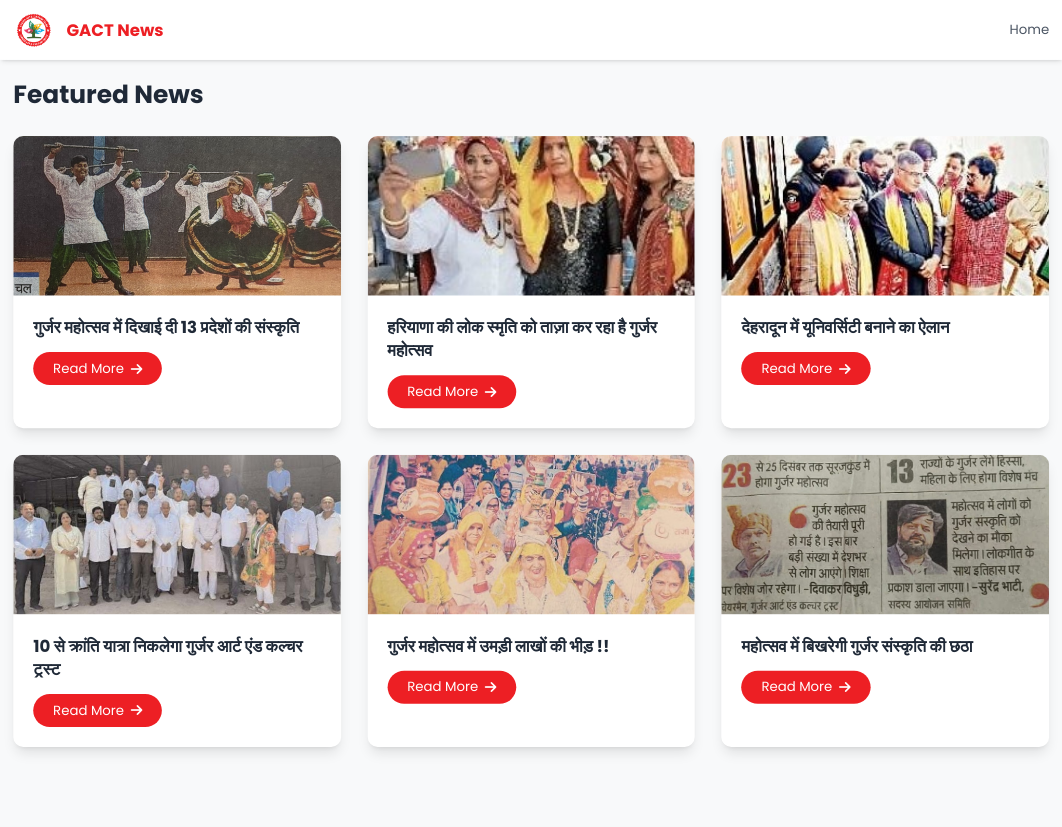
Repository: thegurjararyan/website-master
Page: Allnews.html
These files come from the project's save history. The page is drawn as it stood at one moment and after the next save; the edit follows.
The browser window is 1280 px wide. The pictures show the whole page, at 83% of full size.
Some web libraries are served in a nearby version.

Above is the page before, as saved 2024-11-12 17:16:24.

### Allnews.html
<!DOCTYPE html>
<html lang="en">
<head>
    <meta charset="UTF-8">
    <meta name="viewport" content="width=device-width, initial-scale=1.0">
    <title>Latest News - GACT</title>
    <script src="https://cdn.tailwindcss.com"></script>
    <link rel="icon" type="image/png" href="../assets/logo.png">
    <link rel="stylesheet" href="https://cdnjs.cloudflare.com/ajax/libs/font-awesome/6.0.0/css/all.min.css">

    <style>
        @import url('https://fonts.googleapis.com/css2?family=Poppins:wght@300;400;500;600;700&display=swap');

        body {
            font-family: 'Poppins', sans-serif;
            background-color: #f8f9fa;
        }

        .news-card {
            transition: transform 0.3s ease, box-shadow 0.3s ease;
        }

        .news-card:hover {
            transform: translateY(-5px);
            box-shadow: 0 10px 20px rgba(0,0,0,0.1);
        }

        .navbar {
            background: rgba(255, 255, 255, 0.95);
            backdrop-filter: blur(10px);
        }

        .nav-link {
            position: relative;
        }

        .nav-link::after {
            content: '';
            position: absolute;
            width: 0;
            height: 2px;
            bottom: -2px;
            left: 0;
            background-color: #FF6B6B;
            transition: width 0.3s ease;
        }

        .nav-link:hover::after {
            width: 100%;
        }

        .read-more-btn {
            background-color: #ed1f24;
            transition: all 0.3s ease;
        }

        .read-more-btn:hover {
            transform: translateX(5px);
            box-shadow: 0 5px 15px rgba(255, 107, 107, 0.4);
        }
    </style>
</head>

<body>
    <!-- Navbar -->
    <nav class="navbar fixed w-full top-0 z-50 shadow-md">
        <div class="container mx-auto px-4 py-3">
            <div class="flex justify-between items-center">
                <div class="flex items-center space-x-4">
                    <img src="../assets/logo.png" alt="GACT Logo" class="h-12">
                    <span class="text-xl font-bold text-[#ed1f24]">GACT News</span>
                </div>
                <a href="../index.html" class="nav-link text-gray-600 hover:text-gray-900">Home</a>
            </div>
        </div>
    </nav>

    <!-- Main Content -->
    <main class="container mx-auto px-4 pt-24 pb-12">
        <div class="mb-12">
            <h2 class="text-3xl font-bold text-gray-800 mb-8">Featured News</h2>
            <div class="grid grid-cols-1 md:grid-cols-2 lg:grid-cols-3 gap-8">
                <!-- News Card 1 -->
                <div class="news-card bg-white rounded-xl overflow-hidden shadow-lg">
                    <img src="../assets/news/13statethumb.jpg" alt="News Image" class="w-full h-48 object-cover">
                    <div class="p-6">
                        <h3 class="text-xl font-bold text-gray-800 mb-4">गुर्जर महोत्सव में दिखाई दी 13 प्रदेशों की संस्कृति</h3>
                        <button class="read-more-btn text-white px-6 py-2 rounded-full flex items-center" onclick="window.location.href='news/A1.html'">
                            Read More
                            <i class="fas fa-arrow-right ml-2"></i>
                        </button>
                    </div>
                </div>

                <!-- News Card 2 -->
                <div class="news-card bg-white rounded-xl overflow-hidden shadow-lg">
                    <img src="../assets/news/tms.JPG" alt="News Image" class="w-full h-48 object-cover">
                    <div class="p-6">
                        <h3 class="text-xl font-bold text-gray-800 mb-4">हरियाणा की लोक स्मृति को ताज़ा कर रहा है गुर्जर महोत्सव</h3>
                        <button class="read-more-btn text-white px-6 py-2 rounded-full flex items-center" onclick="window.location.href='news/A2.html'">
                            Read More
                            <i class="fas fa-arrow-right ml-2"></i>
                        </button>
                    </div>
                </div>

                <!-- News Card 3 -->
                <div class="news-card bg-white rounded-xl overflow-hidden shadow-lg">
                    <img src="../assets/news/thumbuni.JPG" alt="News Image" class="w-full h-48 object-cover">
                    <div class="p-6">
                        <h3 class="text-xl font-bold text-gray-800 mb-4">देहरादून में यूनिवर्सिटी बनाने का ऐलान</h3>
                        <button class="read-more-btn text-white px-6 py-2 rounded-full flex items-center" onclick="window.location.href='news/A3.html'">
                            Read More
                            <i class="fas fa-arrow-right ml-2"></i>
                        </button>
                    </div>
                </div>

                <!-- News Card 4 -->
                <div class="news-card bg-white rounded-xl overflow-hidden shadow-lg">
                    <img src="../assets/news/10kr.jpg" alt="News Image" class="w-full h-48 object-cover">
                    <div class="p-6">
                        <h3 class="text-xl font-bold text-gray-800 mb-4">10 से क्रांति यात्रा निकलेगा गुर्जर आर्ट एंड कल्चर ट्रस्ट</h3>
                        <button class="read-more-btn text-white px-6 py-2 rounded-full flex items-center" onclick="window.location.href='news/A4.html'">
                            Read More
                            <i class="fas fa-arrow-right ml-2"></i>
                        </button>
                    </div>
                </div>

                <!-- News Card 5 -->
                <div class="news-card bg-white rounded-xl overflow-hidden shadow-lg">
                    <img src="../assets/news/tms1.JPG" alt="News Image" class="w-full h-48 object-cover">
                    <div class="p-6">
                        <h3 class="text-xl font-bold text-gray-800 mb-4">गुर्जर महोत्सव में उमड़ी लाखों की भीड़ !!</h3>
                        <button class="read-more-btn text-white px-6 py-2 rounded-full flex items-center" onclick="window.location.href='news/A5.html'">
                            Read More
                            <i class="fas fa-arrow-right ml-2"></i>
                        </button>
                    </div>
                </div>

                <!-- News Card 6 -->
                <div class="news-card bg-white rounded-xl overflow-hidden shadow-lg">
                    <img src="../assets/news/last.JPG" alt="News Image" class="w-full h-48 object-cover">
                    <div class="p-6">
                        <h3 class="text-xl font-bold text-gray-800 mb-4">महोत्सव में बिखरेगी गुर्जर संस्कृति की छठा</h3>
                        <button class="read-more-btn text-white px-6 py-2 rounded-full flex items-center" onclick="window.location.href='news/A6.html'">
                            Read More
                            <i class="fas fa-arrow-right ml-2"></i>
                        </button>
                    </div>
                </div>
            </div>
        </div>
    </main>
</body>
</html>

After the next save:
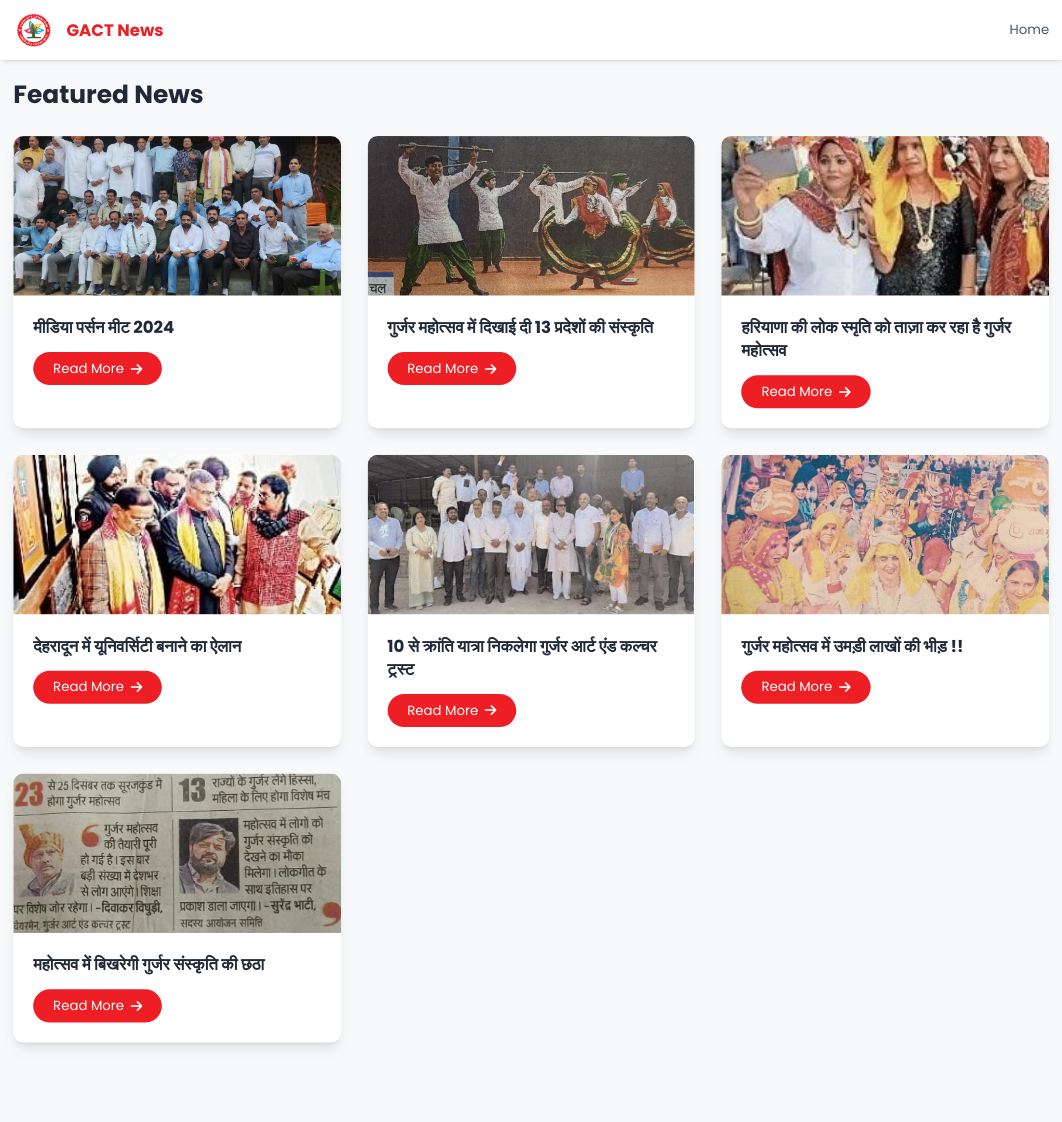
Saved 2 min 45 s later.
--- a/Allnews.html
+++ b/Allnews.html
@@ -80,7 +80,19 @@
         <div class="mb-12">
             <h2 class="text-3xl font-bold text-gray-800 mb-8">Featured News</h2>
             <div class="grid grid-cols-1 md:grid-cols-2 lg:grid-cols-3 gap-8">
+
                 <!-- News Card 1 -->
+                <div class="news-card bg-white rounded-xl overflow-hidden shadow-lg">
+                    <img src="../assets/news1MPM.jpg" alt="News Image" class="w-full h-48 object-cover">
+                    <div class="p-6">
+                        <h3 class="text-xl font-bold text-gray-800 mb-4">मीडिया पर्सन मीट 2024</h3>
+                        <button class="read-more-btn text-white px-6 py-2 rounded-full flex items-center" onclick="window.location.href='eventspage/MPM.html'">
+                            Read More
+                            <i class="fas fa-arrow-right ml-2"></i>
+                        </button>
+                    </div>
+                </div>
+                <!-- News Card 2 -->
                 <div class="news-card bg-white rounded-xl overflow-hidden shadow-lg">
                     <img src="../assets/news/13statethumb.jpg" alt="News Image" class="w-full h-48 object-cover">
                     <div class="p-6">
@@ -92,7 +104,7 @@
                     </div>
                 </div>
 
-                <!-- News Card 2 -->
+                <!-- News Card 3 -->
                 <div class="news-card bg-white rounded-xl overflow-hidden shadow-lg">
                     <img src="../assets/news/tms.JPG" alt="News Image" class="w-full h-48 object-cover">
                     <div class="p-6">
@@ -104,7 +116,7 @@
                     </div>
                 </div>
 
-                <!-- News Card 3 -->
+                <!-- News Card 4 -->
                 <div class="news-card bg-white rounded-xl overflow-hidden shadow-lg">
                     <img src="../assets/news/thumbuni.JPG" alt="News Image" class="w-full h-48 object-cover">
                     <div class="p-6">
@@ -116,7 +128,7 @@
                     </div>
                 </div>
 
-                <!-- News Card 4 -->
+                <!-- News Card 5 -->
                 <div class="news-card bg-white rounded-xl overflow-hidden shadow-lg">
                     <img src="../assets/news/10kr.jpg" alt="News Image" class="w-full h-48 object-cover">
                     <div class="p-6">
@@ -128,7 +140,7 @@
                     </div>
                 </div>
 
-                <!-- News Card 5 -->
+                <!-- News Card 6 -->
                 <div class="news-card bg-white rounded-xl overflow-hidden shadow-lg">
                     <img src="../assets/news/tms1.JPG" alt="News Image" class="w-full h-48 object-cover">
                     <div class="p-6">
@@ -140,7 +152,7 @@
                     </div>
                 </div>
 
-                <!-- News Card 6 -->
+                <!-- News Card 7 -->
                 <div class="news-card bg-white rounded-xl overflow-hidden shadow-lg">
                     <img src="../assets/news/last.JPG" alt="News Image" class="w-full h-48 object-cover">
                     <div class="p-6">
